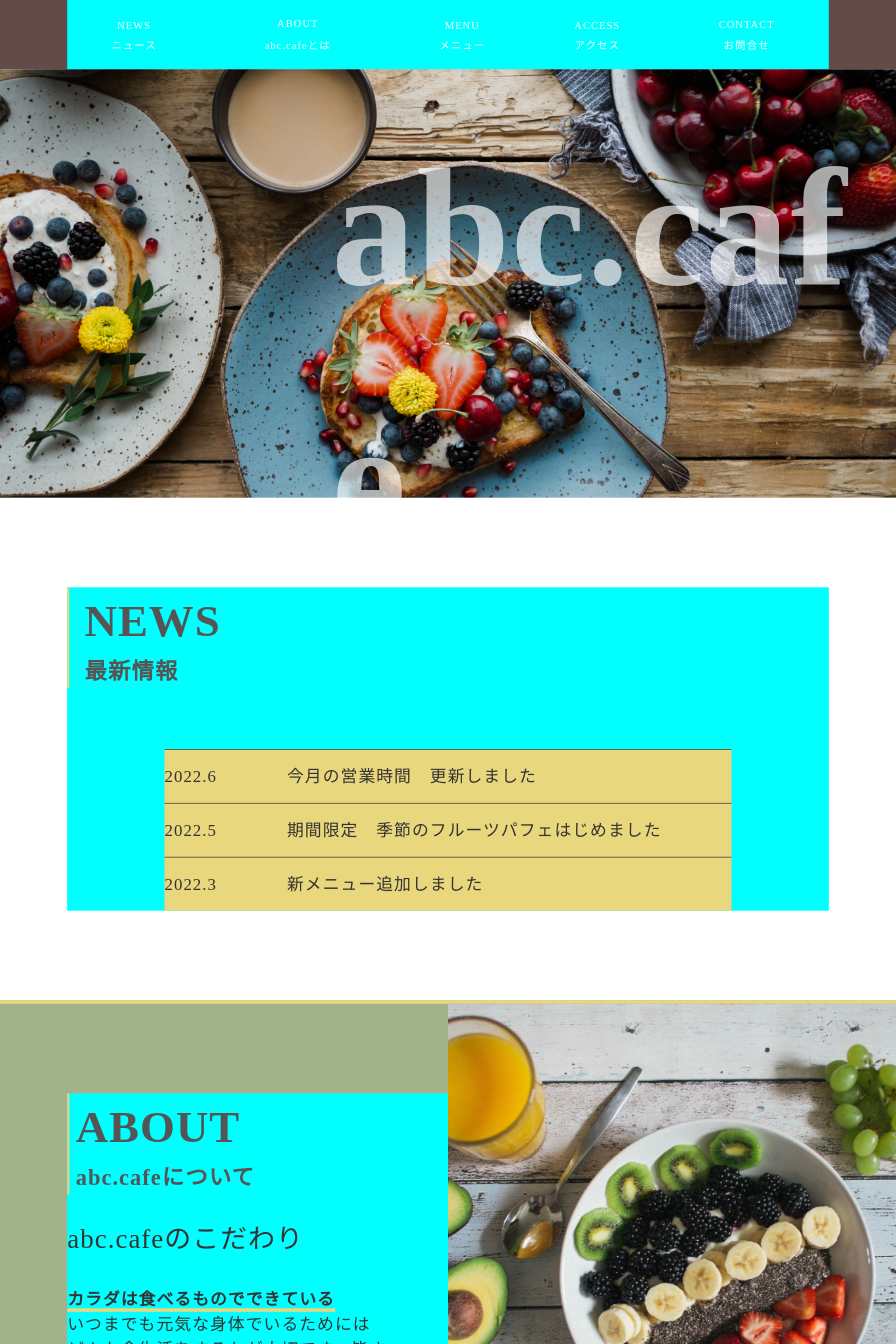
Repository: nozomi-23/lp1_test
Page: index.html
These files come from the project's save history. The page is drawn as it stood at one moment and after the next save; the edit follows.
The browser window is 1280 px wide. The pictures show the part of the page from y = 0 to 1920 px (the page is 5494 px tall before and 6520 px after), at 70% of full size.

Above is the page before, as saved 2022-06-08 23:00:13.

After the next save:
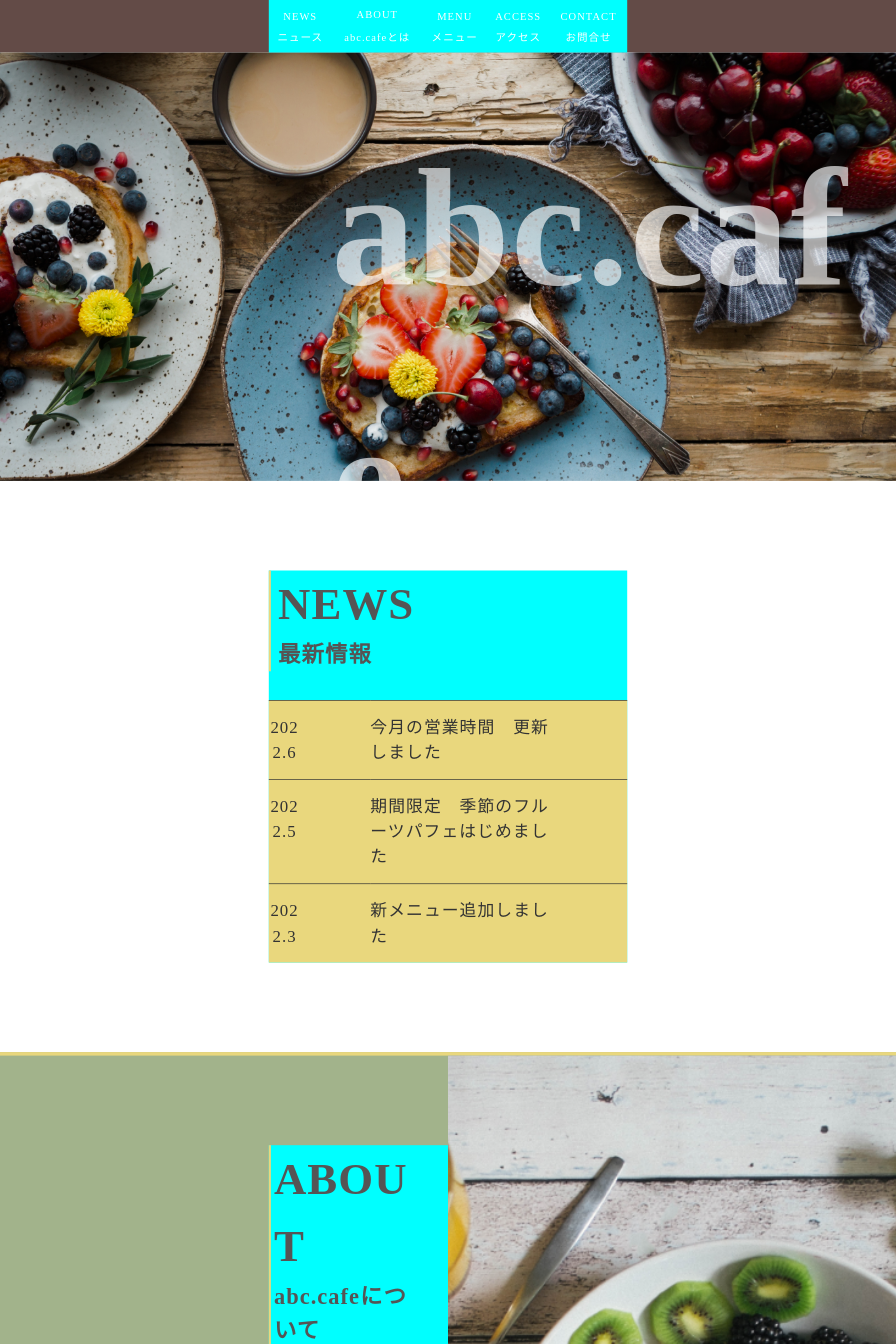
Saved 16 s later.
--- a/css/common.css
+++ b/css/common.css
@@ -229,7 +229,7 @@ menu
 /* =====================
 access
 =========================*/
-.access_ferm {
+.inner {
   width: 40%;
   position: relative;
 }
